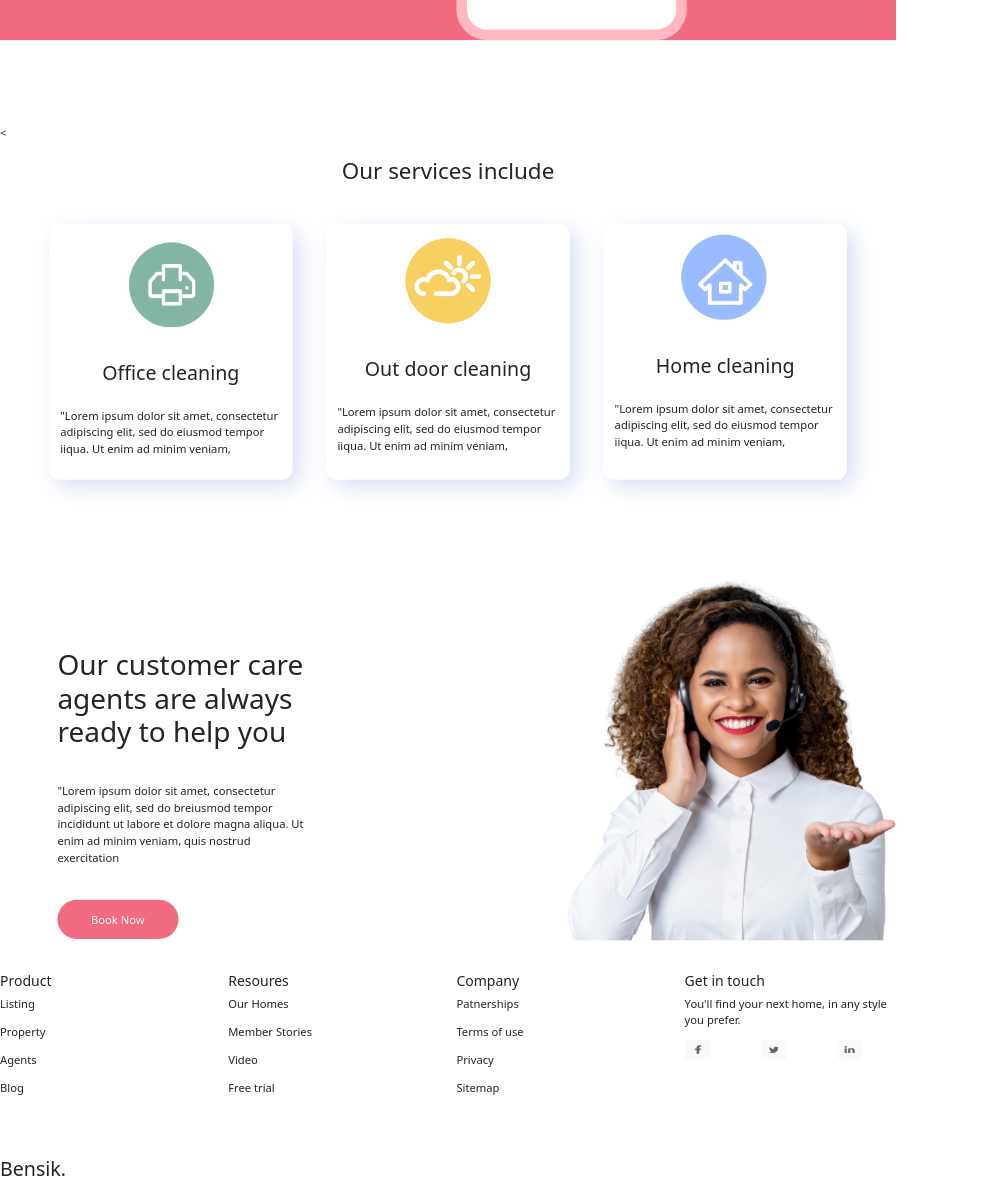
Repository: uy022/QuocUybaitapgiuaki
Page: index.html
These files come from the project's save history. The page is drawn as it stood at one moment and after the next save; the edit follows.
The browser window is 1280 px wide. The page is 1423 px wide, so the pictures cover 1423 px, including what lies to the right of the window. The pictures show the part of the page from y = 1555 to 3275 px (the page is 3251 px tall before and 3275 px after), at 70% of full size.

Above is the page before, as saved 2022-09-06 22:52:59.

### index.html
<!DOCTYPE html>
<html>
    <head>
        <title> Bài tập giữa kỳ </title>
        <link href="node_modules/bootstrap/dist/css/bootstrap.min.css" rel="stylesheet" />
       <link rel="stylesheet" href="./css/style1.css">
    </head>
    <body>


        <div class="container">
            <nav class="navbar navbar-expand-lg menu">
                <div class="container-fluid">
                  <div class="col-md-7 logo">
                    <img src="./imgs/Clean Cruiz LOGO 1.png" alt="">
                  </div>
                  <button class="navbar-toggler" type="button" data-bs-toggle="collapse" data-bs-target="#navbarSupportedContent" aria-controls="navbarSupportedContent" aria-expanded="false" aria-label="Toggle navigation">
                    <span class="navbar-toggler-icon"></span>
                  </button>
                  <div class="collapse navbar-collapse" id="navbarSupportedContent">
                    <ul class="navbar-nav me-auto  mb-2 mb-lg-0">
                      <li class="nav-item">
                        <a class="nav-link active" aria-current="page" href="#">Menu</a>
                      </li>
                      <li class="nav-item">
                        <a class="nav-link" href="#">About Us</a>
                      </li>
                      <li class="nav-item">
                        <a class="nav-link" href="#">Sevrices</a>
                      </li>
                      <li class="nav-item">
                        <a class="nav-link disabled">Contact</a>
                      </li>
                    </ul>
                    <form class="d-flex col-5" >
                      <button class="btn btn-outline-success" type="submit">Login</button>
                    </form>
                  </div>
                </div>
              </nav>
        </div><br><br><br>


        <div class="content">
          <div class=" container">
            <div class="row d-flex justify-content-between align-items-start">
              <div class="col-4">
                <div class="item py-5">
                        <div >
                          <h1>Let us handle your next cleaning</h1>
                        </div>
                          <p class="my-5">
                            "Lorem ipsum dolor sit amet, consectetur adipiscing elit, sed do breiusmod tempor incididunt ut labore et dolore magna aliqua. Ut enim ad minim veniam, quis nostrud exercitation
                          </p>
                        <button type="submit" class="btn__booknow rounded-5 text-light px-5 py-3 border-0 ">Book Now</button>
                      </div>
                    </div>

                 <div class = "col-6">
                    <div class="anh" >
                        <img src="./imgs/Illustration 1 1.png" >
                    </div>
                 </div>
          </div>

        </div>
        <br><br><br><br>

        <div class="container client dropup-center">
          <ul class ="d-flex justify-content-between align-items-center">
              <li><img src ="./imgs/1.png" alt=""></li>
              <li><img src ="./imgs/2.png" alt=""></li>
              <li><img src ="./imgs/3.png" alt=""></li>
              <li><img src ="./imgs/4.png" alt=""></li>
              <li><img src ="./imgs/5.png" alt=""></li>
              <li><img src ="./imgs/6.png" alt=""></li>
        </ul>
        </div>
        <br><br><br><br>

        <div class="content acc">
          <div class="container">
            <div class="row d-flex justify-content-between align-items-start conte">
              <div class="col-4">
                <div class="item py-5">
                        <div > <br><br><br>
                          <h1>Download the Clean Cruiz App on playstore and get 10% discount!</h1>
                        </div>
                          <p class="my-5">
                            "Lorem ipsum dolor sit amet, consectetur adipiscing elit, sed do eiusmod tempor incididunt ut labore et dolore magna aliqua. Ut enim ad minim veniam,
                          </p>
                          <img src="./imgs/Google play 1.png">
                      </div>
                    </div>

                 <div class = "col-6">
                    <div class="anh" >
                        <img src="./imgs/iPhone 11 Pro Max - 2 1.png" >
                    </div>
                 </div>
          </div>

        </div>

        </div>
      </div>
       <br><br><br><br><br><<br> <br>
        <div class="tieude">
          <div class= "container">
          <div class="title">
            <h2 class="text-center avv ">Our services include</h2><br><br>
          </div>
          <div class= "row card-content gap-5">
             <div class ="col  rounded-4 shadowContent anh1 p-3">
              <img src="./imgs/Slice 1.png" alt="" class="d-block mx-auto"><br><br>
              <h3 class="text-center">Office cleaning</h3><br>
               <p>"Lorem ipsum dolor sit amet, consectetur adipiscing elit, sed do eiusmod tempor iiqua. Ut enim ad minim veniam,</p>
             </div>
             <div class ="col  rounded-4 shadowContent anh2 p-3">
              <img src="./imgs/Slice 2.png" alt="" class="d-block mx-auto"><br><br>
              <h3 class="text-center">Out door cleaning</h3><br>
                <p>"Lorem ipsum dolor sit amet, consectetur adipiscing elit, sed do eiusmod tempor iiqua. Ut enim ad minim veniam,</p>
             </div>
             <div class ="col  rounded-4 shadowContent anh3 p-3">
              <img src="./imgs/Slice 3.png" alt="" class="d-block mx-auto"><br><br>
              <h3 class="text-center">Home cleaning</h3><br>
                <p>"Lorem ipsum dolor sit amet, consectetur adipiscing elit, sed do eiusmod tempor iiqua. Ut enim ad minim veniam,</p>
             </div>
          </div>
       </div>
      </div><br><br><br><br>


        <div class="content">
          <div class=" container">
            <div class="row d-flex justify-content-between align-items-start">
              <div class="col-4">
                <div class="item py-5">
                        <div ><br><br><br><br>
                          <h1>Our customer care agents are always ready to help you</h1>
                        </div>
                          <p class="my-5">
                            "Lorem ipsum dolor sit amet, consectetur adipiscing elit, sed do breiusmod tempor incididunt ut labore et dolore magna aliqua. Ut enim ad minim veniam, quis nostrud exercitation
                          </p>
                        <button type="submit" class="btn__booknow rounded-5 text-light px-5 py-3 border-0 ">Book Now</button>
                      </div>
                    </div>

                 <div class = "col-6">
                    <div class="anh" >
                        <img src="./imgs/Woman 1 1.png" >
                    </div>
                 </div>
          </div>

        </div>
      <div class="c">
      <div class="footer">
        <div class="row align-items-start">
          <div class="col">
            <h5>Product</h5>
            <p>Listing</p>
            <p>Property</p>
            <p>Agents</p>
            <div>Blog</div>
          </div>
          <div class="col">
            <h5>Resoures</h5>
            <p>Our Homes</p>
            <p>Member Stories</p>
            <p>Video</p>
            <p>Free trial</p>
          </div>
          <div class="col">
            <h5>Company </h5>
            <p>Patnerships</p>
            <p>Terms of use</p>
            <p>Privacy</p>
            <p>Sitemap</p>
          </div>
          <div class="col">
            <h5>Get in touch</h5>
            <p>You'll find your next home, in any style you prefer.</p>
            <div class="n row">
            <div class="col-4">
              <img src="./imgs/Facebook icon.png" alt="">
            </div >
            <div class="col-4">
              <img src="./imgs/twitter icon.png" alt="">
            </div>
            <div class="col-4">
              <img src="./imgs/lindedin icon.png" alt="">
            </div>
            </div>
          </div>
      </div>
      <div><br><br><br>
        <h3>Bensik.</h3>
      </div>
    </div>

    </body>
    <script src="/node_modules/bootstrap/dist/js/bootstrap.min.js"> </script>
</html>

### css/style1.css
.menu_top {
  background-color: black;
  height: 50px;
}

.menu_top ul li {
  display: inline-block;
}

header ul {
  float: right;
  margin: 0;
}

header ul li {
  list-style: none;
  display: inline-block;
  padding: 20px;
  font-weight: bold;
}

header ul li a {
  text-decoration: none;
  text-transform: uppercase;
  color: black;
}

.slider {
  background-color: green;
  padding: 100px 0;
  text-align: center;
}

.slider h1 {
  font-size: 55px;
  color: white;
  text-transform: uppercase;
}

.slider p {
  color: white;
  font-size: 18px;
}

.content1 {
  padding: 50px;
}

.content1 .title {
  text-align: center;
}

.content1 .title h2 {
  color: back;
  font-size: 50px;
  text-transform: uppercase;
}

.content1 .title h2 span {
  color: green;
}

.content1 .item {
  text-align: center;
}

.content1 .item img {
  width: 100px;
  height: auto;
}

.content1 .item h3 {
  text-transform: uppercase;
  font-size: 18px;
  margin: 15px 0;
}

.content2 {
  padding: 50px;
}

.content2 .title {
  text-align: center;
}

.content2 .title h2 {
  color: back;
  font-size: 50px;
  text-transform: uppercase;
}

.content2 .title h2 span {
  color: green;
}

.content2 .item {
  text-align: center;
}

.content2 .item img {
  width: 100px;
  height: auto;
}

.content2 .item h3 {
  text-transform: uppercase;
  font-size: 18px;
  margin: 15px 0;
}

.content2 .a {
  left: 20%;
  background-color: crimson;
} /*# sourceMappingURL=style1.css.map */
.btn__booknow {
  background-color: #F36B7F;
}

.acc {
  background-color: #F36B7F;
}

.shadowContent {
  box-shadow: 10px 10px 30px rgba(210, 218, 242, 0.87);
}/*# sourceMappingURL=style1_20220906094203.css.map */

Loaded but not shown: node_modules/bootstrap/dist/css/bootstrap.min.css (library); node_modules/bootstrap/dist/js/bootstrap.min.js (library)

After the next save:
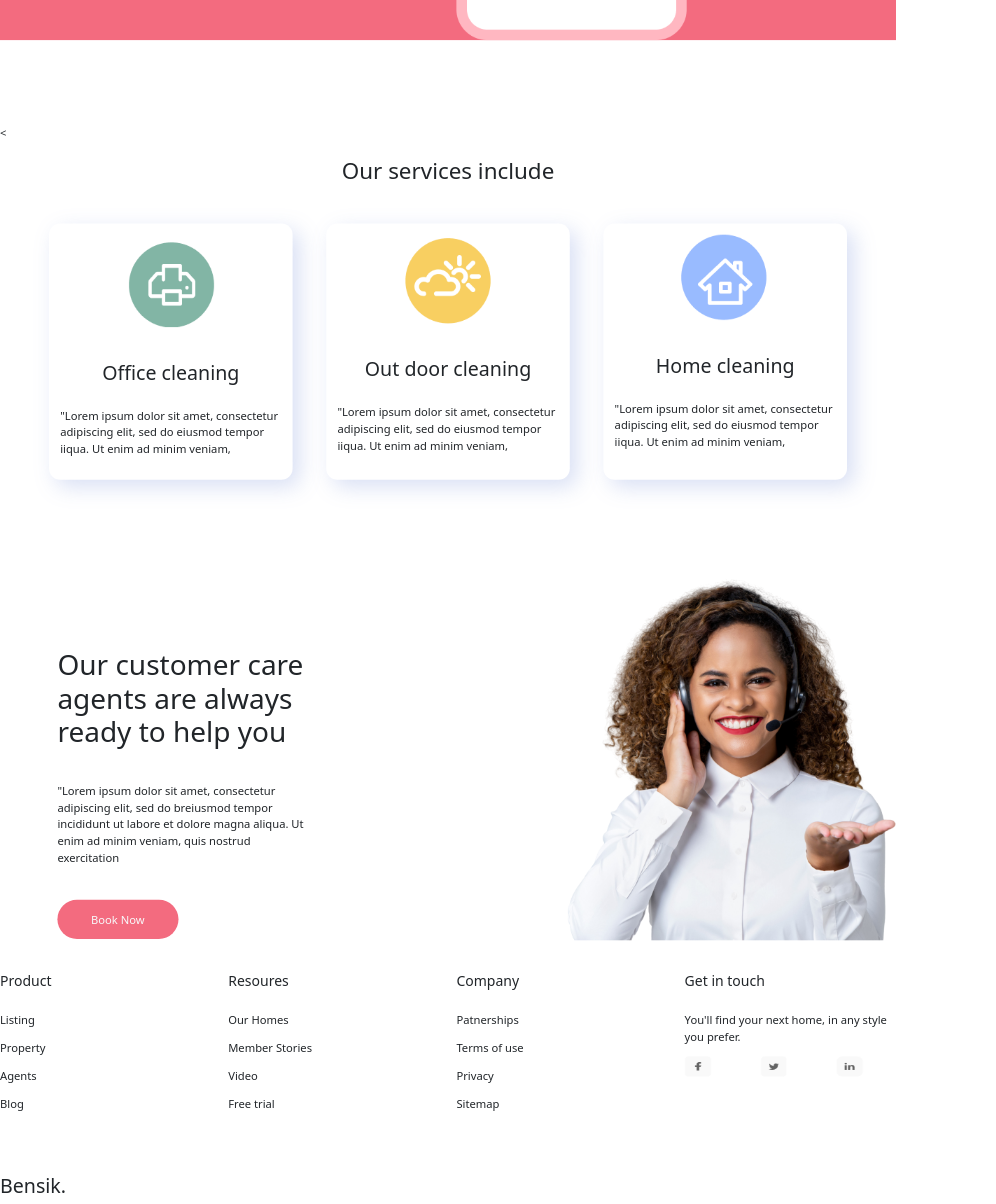
Saved 31 s later.
--- a/index.html
+++ b/index.html
@@ -158,28 +158,28 @@
       <div class="footer">
         <div class="row align-items-start">
           <div class="col">
-            <h5>Product</h5>
+            <h5>Product</h5><br>
             <p>Listing</p>
             <p>Property</p>
             <p>Agents</p>
             <div>Blog</div>
           </div>
           <div class="col">
-            <h5>Resoures</h5>
+            <h5>Resoures</h5><br>
             <p>Our Homes</p>
             <p>Member Stories</p>
             <p>Video</p>
             <p>Free trial</p>
           </div>
           <div class="col">
-            <h5>Company </h5>
+            <h5>Company </h5><br>
             <p>Patnerships</p>
             <p>Terms of use</p>
             <p>Privacy</p>
             <p>Sitemap</p>
           </div>
           <div class="col">
-            <h5>Get in touch</h5>
+            <h5>Get in touch</h5><br>
             <p>You'll find your next home, in any style you prefer.</p>
             <div class="n row">
             <div class="col-4">
